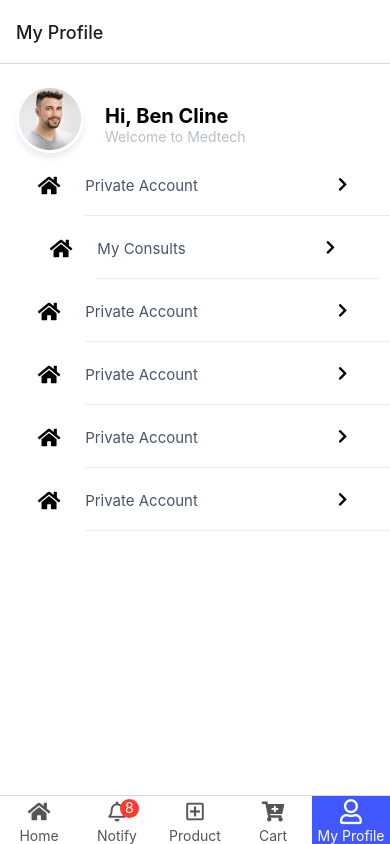
Repository: ntu34543/designReactNative
Screen: /My Profile
These files come from the project's save history. The screen is drawn as it stood at one moment and after the next save; the edit follows.
The app was drawn by React Native's web renderer in a window 390 px wide. The project was rebuilt for these pictures with package versions that can differ from the ones it lists, and the page was loaded fresh each time. Also part of the build but not shown: page/DiabetesCare.js, page/Notify.js, page/Cart.js.

Above is the screen before, as saved 2022-11-02 10:58:06.

After the next save:
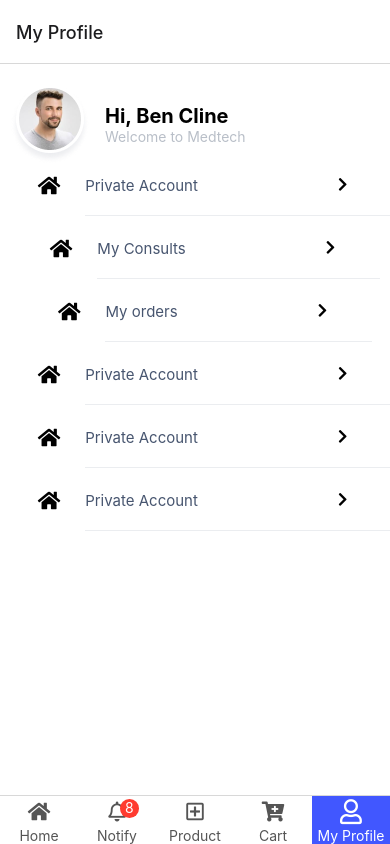
Saved 7 s later.
--- a/page/Profile.js
+++ b/page/Profile.js
@@ -47,7 +47,7 @@ export default function Profile({ navigation }) {
         <View style={styles.block}>
           <FontAwesome5 name="home" size={20} style={styles.iconHome} />
           <View style={styles.item}>
-            <Text style={styles.text3}>Private Account</Text>
+            <Text style={styles.text3}>My orders</Text>
             <FontAwesome5 name="chevron-right" size={15} color="black" style={styles.iconChevron} />
           </View>
         </View>
